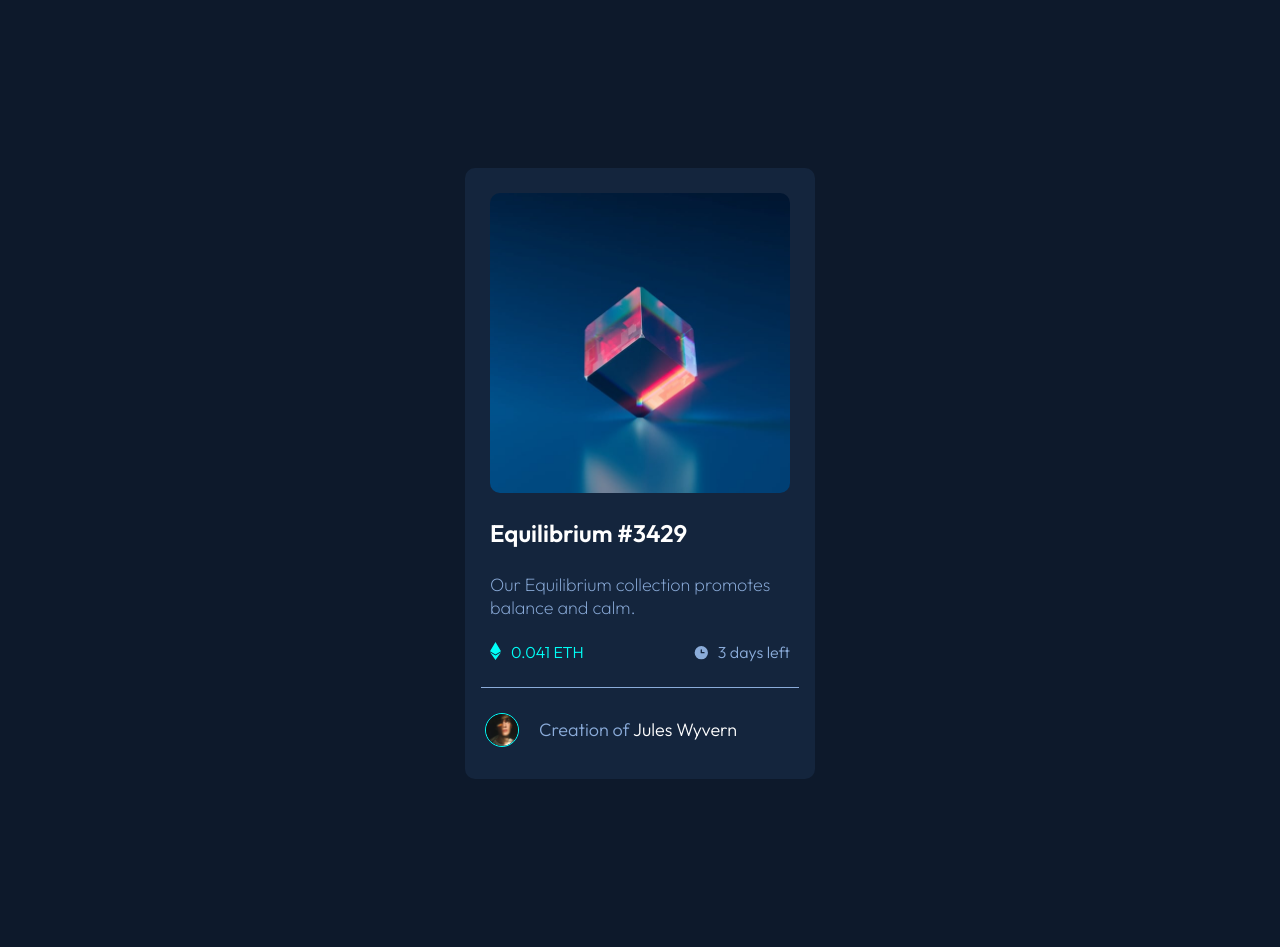
Repository: ldsleticia/nft-preview-card
Page: index.html
An editor plug-in stored every save of this project. The page is shown before and after the next save, followed by the edit.
The browser window is 1280 px wide. The pictures show the whole page.

Above is the page before, as saved 2022-03-11 23:42:42.

### index.html
<!DOCTYPE html>
<html lang="en">
  <head>
    <meta charset="UTF-8" />
    <meta name="viewport" content="width=device-width, initial-scale=1.0" />
    <!-- displays site properly based on user's device -->

    <link
      rel="icon"
      type="image/png"
      sizes="32x32"
      href="./images/favicon-32x32.png"
    />

    <link rel="preconnect" href="https://fonts.googleapis.com" />

    <link rel="preconnect" href="https://fonts.gstatic.com" crossorigin />

    <link
      href="https://fonts.googleapis.com/css2?family=Outfit:wght@200;300;600&display=swap"
      rel="stylesheet"
    />
    <link href="./styles/style.css" rel="stylesheet" />

    <title>Frontend Mentor | NFT preview card component</title>

    <!-- Feel free to remove these styles or customise in your own stylesheet 👍 -->
  </head>

  <body>
    <section id="card">
      <div id="photo-equilibrium"></div>
      <div id="title"><h2>Equilibrium #3429</h2></div>
      <div id="subtitle">
        <p>Our Equilibrium collection promotes balance and calm.</p>
      </div>
      <div id="card-information">
        <div id="value"><img src="./images/icon-ethereum.svg" />0.041 ETH</div>
        <div id="date"><img src="./images/icon-clock.svg"/>3 days left</div>
      </div>
      <div id="line"></div>
    </div>
    <div id="creator-informations">
    <!-- <div id="creator-photo"><img src="./images/image-avatar.png"/></div>
    <div id="creator-name">Creation of Jules Wyvern</div>
   -->
    <img src="./images/image-avatar.png"/>
    <p>Creation of  <span>Jules Wyvern</span></p>
  </div>
      <!--
    </div>
    <div class="attribution">
      Challenge by
      <a href="https://www.frontendmentor.io?ref=challenge" target="_blank"
        >Frontend Mentor</a
      >. Coded by <a href="#">Your Name Here</a>. -->
    </section>
  </body>
</html>

### styles/style.css
body {
  background-color: hsl(217, 54%, 11%);
  font-family: "Outfit", sans-serif;
  text-align: center;
}

#card {
  background-color: hsl(216, 50%, 16%);
  border-radius: 10px;
  display: inline-block;
  margin: 10rem;
  width: 350px;
  height: auto;
  text-align: left;
}

#photo-equilibrium {
  height: 300px;
  width: 300px;
  margin: 25px;
  border-radius: 10px;
  background-image: url("/images/image-equilibrium.jpg");
  background-position: center;
  background-size: cover;
}

#title {
  margin: 25px;
  font-weight: 600;
  color: hsl(0, 0%, 100%);
}

#title h2:hover {
  color: hsl(178, 100%, 50%);
}

#subtitle {
  font-size: 18px;
  font-weight: 200;
  margin: 25px 25px -20px 25px;
  color: hsl(215, 51%, 70%);
}

#value {
  margin: 25px;
  color: hsl(178, 100%, 50%);
  padding-right: 10px;
}

#card-information {
  display: flex;
  justify-content: space-between;
}

#value img {
  float: left;
  padding-right: 10px;
}

#date {
  color: hsl(215, 51%, 70%);
  margin: 25px 25px 25px 25px;
}

#date img {
  float: left;
  padding-right: 8px;
  margin-top: 2px;
}

#line {
  border-top: 1px solid hsl(215, 51%, 70%);
  height: 1rem;
  max-width: 20rem;
  padding: 0;
  margin: 0 1rem 1rem 1rem;
}

#creator-informations {
  display: flex;
  justify-content: flex-start;
  align-items: center;
  padding-left: 20px;
  margin-top: -20px;
  margin-bottom: 20px;
  font-size: 18px;
}

#creator-informations img {
  border: 0.1rem solid;
  border-radius: 50%;
  color: hsl(178, 100%, 50%);
  height: 32px;
  width: 32px;
}

#creator-informations p {
  color: hsl(215, 51%, 70%);
  padding-left: 20px;
}

span {
  color: hsl(0, 0%, 100%);
}

span:hover {
  color: hsl(178, 100%, 50%);
}

After the next save:
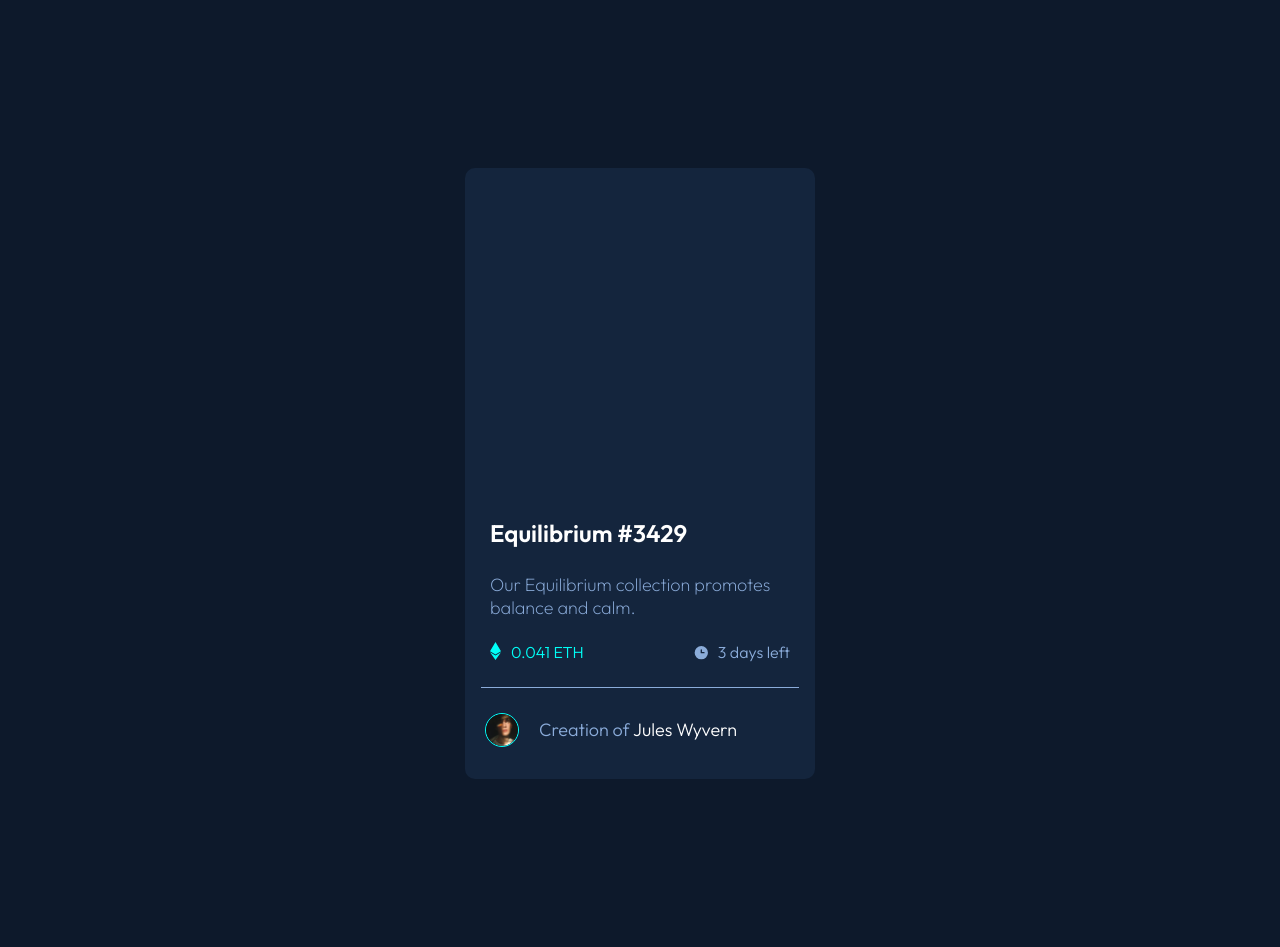
Not found: styles/images/image-equilibrium.jpg
Saved 13 min 54 s later.
--- a/styles/style.css
+++ b/styles/style.css
@@ -19,7 +19,7 @@
   width: 300px;
   margin: 25px;
   border-radius: 10px;
-  background-image: url("/images/image-equilibrium.jpg");
+  background-image: url("./images/image-equilibrium.jpg");
   background-position: center;
   background-size: cover;
 }

After the save that followed:
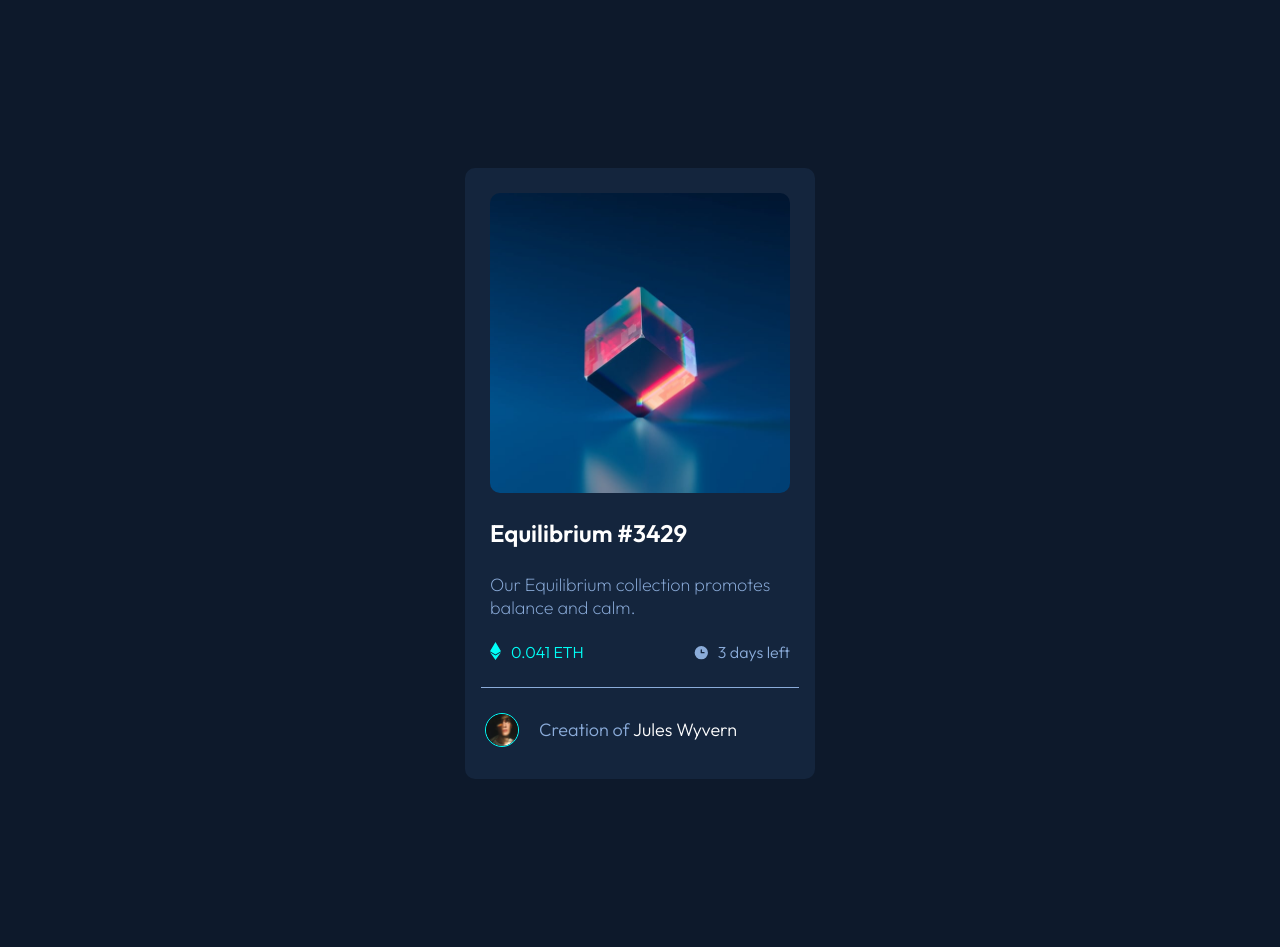
Saved 3 min 19 s later.
--- a/styles/style.css
+++ b/styles/style.css
@@ -19,7 +19,7 @@
   width: 300px;
   margin: 25px;
   border-radius: 10px;
-  background-image: url("./images/image-equilibrium.jpg");
+  background-image: url("../images/image-equilibrium.jpg");
   background-position: center;
   background-size: cover;
 }
